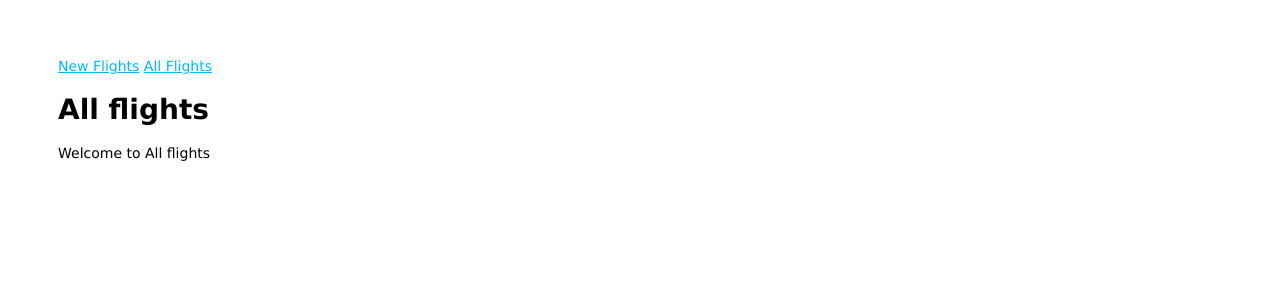
Repository: jmendoza13/mongoose-flights
Page: http://localhost/flights/
The author's editor kept a copy of each file at every save. The page is drawn from the files as they stood at one save, then again after the next save.
The browser window is 1280 px wide. The pictures show the whole page.
The page is served by the project's Node server (server.js). Queries for data that is not in the repository find no rows.

Above is the page before, as saved 2022-07-18 14:38:25.

After the next save:
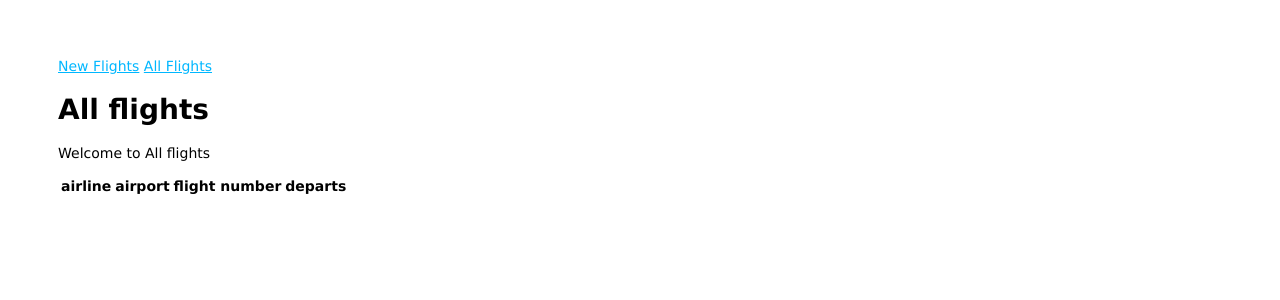
Saved 60 min 24 s later.
--- a/views/flights/index.ejs
+++ b/views/flights/index.ejs
@@ -1,6 +1,26 @@
 <%- include('../partials/header') %>
-
-   <h1><%= title %></h1>
-    <p>Welcome to <%= title %></p>
-
-    <%- include('../partials/footer') %>
+   <h1>
+      <%= title %>
+   </h1>
+   <p>
+      Welcome to <%= title %>
+   </p>
+   <table>
+      <tr>
+         <th>airline</th>
+         <th>airport</th>
+         <th>flight number</th>
+         <th>departs</th>
+      </tr>
+   <tbody>
+   <% flights.forEach(function(f) { %>
+      <tr>
+         <td><%=f.airline %></td>
+         <td><%=f.airport %></td>
+         <td><%=f.flightNo %></td>
+         <td><%=f.departs %></td>
+      </tr>
+      <% }); %>
+   </tbody>
+</table>
+      <%- include('../partials/footer') %>
